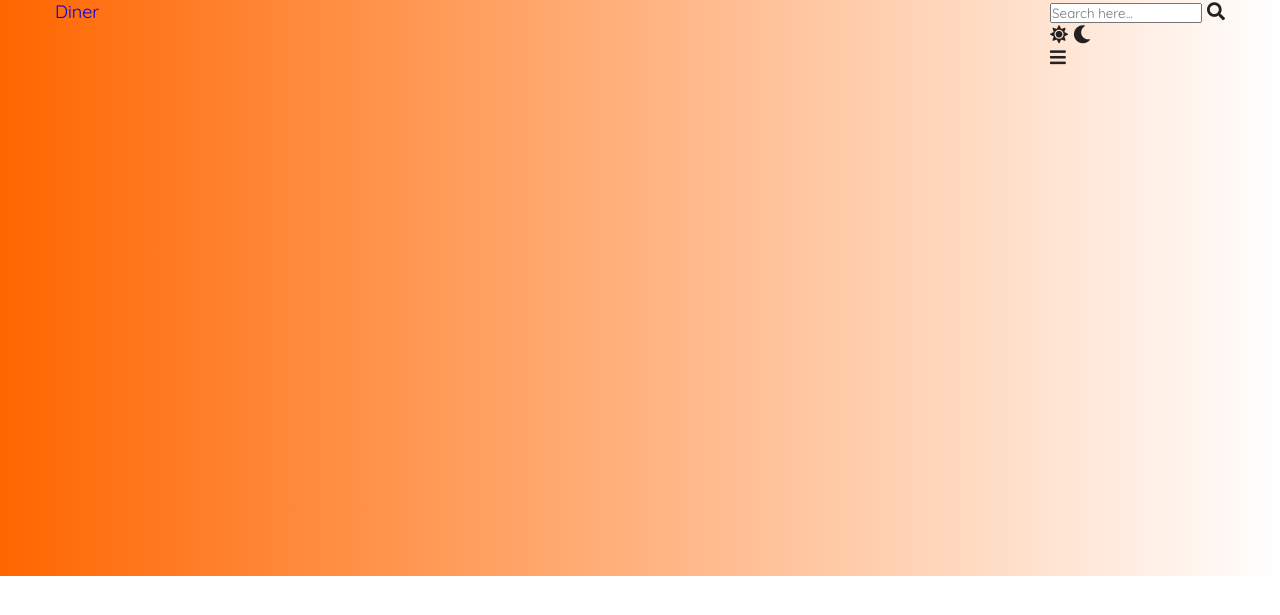
Repository: baobaodeveloper/bootscap21_project_AnhBao_VietToan_VietDuc
Page: index.html
An editor plug-in stored every save of this project. The page is shown before and after a run of saves, followed by the edit.
The browser window is 1280 px wide. The pictures show the whole page.

Above is the page before, as saved 2022-03-02 22:49:41.

### index.html
<!DOCTYPE html>
<html lang="en">
  <head>
    <meta charset="UTF-8" />
    <meta http-equiv="X-UA-Compatible" content="IE=edge" />
    <meta name="viewport" content="width=device-width, initial-scale=1.0" />

    <!-- fontawesome link cdn -->
    <link
      rel="stylesheet"
      href="https://cdnjs.cloudflare.com/ajax/libs/font-awesome/5.15.4/css/all.min.css"
      integrity="sha512-1ycn6IcaQQ40/MKBW2W4Rhis/DbILU74C1vSrLJxCq57o941Ym01SwNsOMqvEBFlcgUa6xLiPY/NS5R+E6ztJQ=="
      crossorigin="anonymous"
      referrerpolicy="no-referrer"
    />

    <!-- font -->
    <link rel="preconnect" href="https://fonts.googleapis.com" />
    <link rel="preconnect" href="https://fonts.gstatic.com" crossorigin />
    <link
      href="https://fonts.googleapis.com/css2?family=Pacifico&family=Poppins:wght@300;400;500&family=Quicksand:wght@300;400;500;600;700&display=swap"
      rel="stylesheet"
    />

    <link rel="stylesheet" href="style.css" />
    <title>Diner</title>
  </head>
  <body>
    <header class="header">
      <div class="header__wrapper container">
        <div class="header__top">
          <a class="header__logo" href="#">Diner</a>

          <div class="header__navbar">
            <form class="navbar__search">
              <input type="search" placeholder="Search here..." id="search" />
              <label for="search" class="fas fa-search"></label>
            </form>

            <div class="mode__container">
              <i class="fas fa-sun" id="dark"></i>
              <i class="fas fa-moon" id="light"></i>
            </div>

            <i class="fa fa-bars" id="menuButton"></i>
          </div>
        </div>
      </div>
    </header>
  </body>
</html>

### style.css
* {
  padding: 0;
  margin: 0;
  box-sizing: border-box;
}

:root {
  --primary-font: "Quicksand", sans-serif;
  --secondary-font: "Pacifico", cursive;
  --third-font: "Poppins", sans-serif;
  --primary-color: #ff6600;
  --title-color: #232121;
  --white-color: #fff;
  --text-color: #161c2db3;
  --price-color: #ffc600;
}

img {
  display: block;
  max-width: 100%;
}

button,
input {
  display: inline-block;
  font-family: var(--primary-font);
}

a {
  display: inline-block;
  text-decoration: none;
}

html {
  font-size: 62.5%;
}

.container {
  max-width: 1200px;
  margin: 0 auto;
  padding: 0 1.5rem;
}

body {
  color: var(--title-color);

  font-family: var(--primary-font);
  font-size: 1.8rem;
}

/* header section starts */
.header {
  background: linear-gradient(
      to right,
      var(--primary-color),
      var(--white-color)
    ),
    url(./image/banner1.jpg);
  min-height: 80vh;
}

.header__top {
  display: flex;
  justify-content: space-between;
}
/* header section ends */

After the next 2 saves:
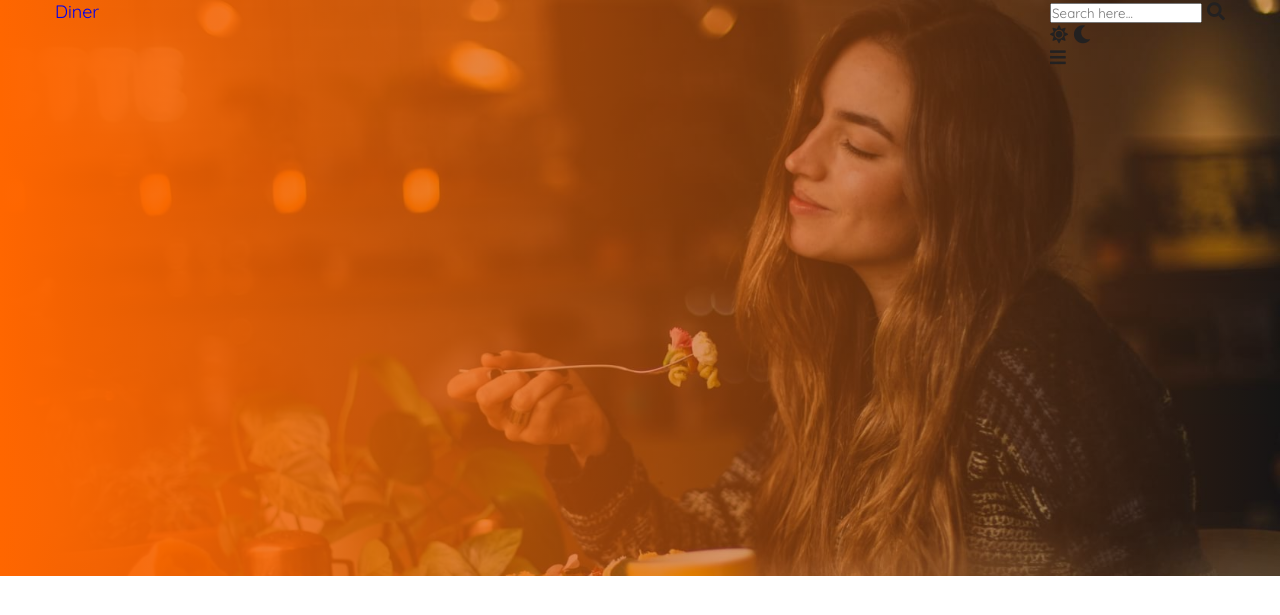
The 2 saves are shown as one change because they came seconds apart.
The last was saved 2 min 16 s later.
--- a/style.css
+++ b/style.css
@@ -50,12 +50,12 @@ body {
 
 /* header section starts */
 .header {
-  background: linear-gradient(
-      to right,
-      var(--primary-color),
-      var(--white-color)
-    ),
+  background-image: linear-gradient(to right, #ff6600, hsl(30deg 100% 1% / 20%)),
     url(./image/banner1.jpg);
+
+  background-size: cover;
+  background-repeat: no-repeat;
+
   min-height: 80vh;
 }
 
